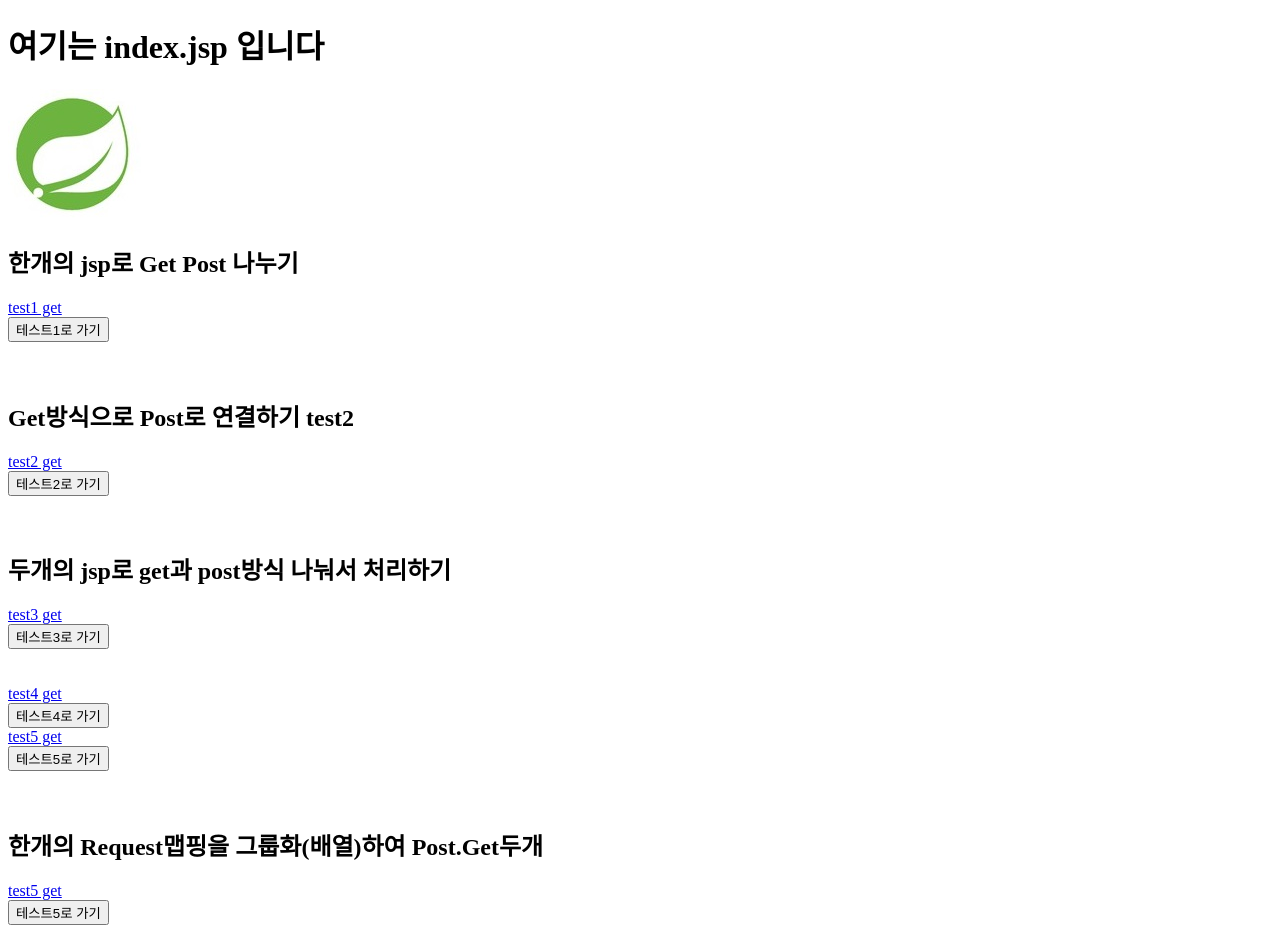
Repository: nxx5xxx/spring
Page: http://localhost/RequestMethod/WEB-INF/views/index.jsp
An editor plug-in stored every save of this project. The page is shown before and after the next save, followed by the edit.
The browser window is 1280 px wide. The pictures show the whole page.
The page is served by Tomcat 9. Nobody is signed in. Other server files are loaded and not shown. The template is opened directly, without the code that normally fills it, so the values that code supplies are empty.

Above is the page before, as saved 2023-06-05 05:48:44.

### RequestMethod/WebContent/WEB-INF/views/index.jsp
<%@ page language="java" contentType="text/html; charset=UTF-8"
    pageEncoding="UTF-8"%>
<!DOCTYPE html>
<html>
<head>
<meta charset="UTF-8">
<title>Insert title here</title>
</head>
<body>
	<h1>여기는 index.jsp 입니다</h1>
	<img src="image/spring_logo.jpg"><br>

	<h2> 한개의 jsp로 Get Post 나누기</h2>
	<a href="test1">test1 get</a><br>
	<form action="test1" method="post">
	<input type="submit" value="테스트1로 가기">
	</form>
	<br><br>

	<h2> Get방식으로 Post로 연결하기 test2</h2>
	<a href="test2">test2 get</a><br>
	<form action="test2" method="post">
	<input type="submit" value="테스트2로 가기">
	</form>
	<br><br>

	<h2> 두개의 jsp로 get과 post방식 나눠서 처리하기 </h2>
	<a href="test3">test3 get</a><br>
	<form action="test3" method="post">
	<input type="submit" value="테스트3로 가기">
	</form>
	<br><br>

	<a href="test4">test4 get</a><br>
	<form action="test4" method="post">
	<input type="submit" value="테스트4로 가기">
	</form>

	<a href="test5">test5 get</a><br>
	<form action="test5" method="post">
	<input type="submit" value="테스트5로 가기">
	</form>
	<br><br>
	<h2>한개의 Request맵핑을 그룹화(배열)하여 Post.Get두개</h2>
	<a href="test5">test5 get</a><br>
	<form action="test5" method="post">
	<input type="submit" value="테스트5로 가기">
	</form>
</body>
</html>

After the next save:
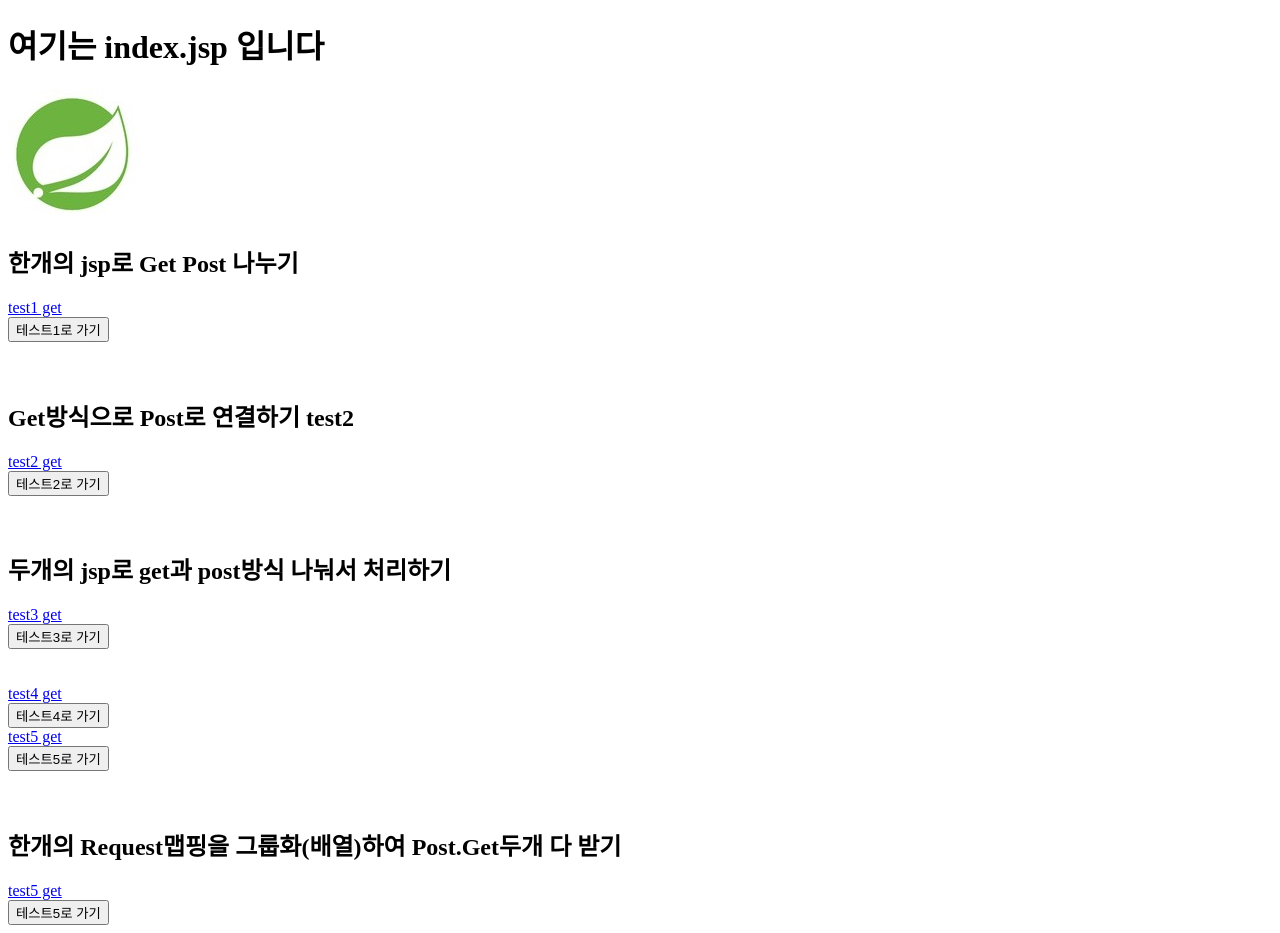
Saved 4 s later.
--- a/RequestMethod/WebContent/WEB-INF/views/index.jsp
+++ b/RequestMethod/WebContent/WEB-INF/views/index.jsp
@@ -41,7 +41,7 @@
 	<input type="submit" value="테스트5로 가기">
 	</form>
 	<br><br>
-	<h2>한개의 Request맵핑을 그룹화(배열)하여 Post.Get두개</h2>
+	<h2>한개의 Request맵핑을 그룹화(배열)하여 Post.Get두개 다 받기</h2>
 	<a href="test5">test5 get</a><br>
 	<form action="test5" method="post">
 	<input type="submit" value="테스트5로 가기">
